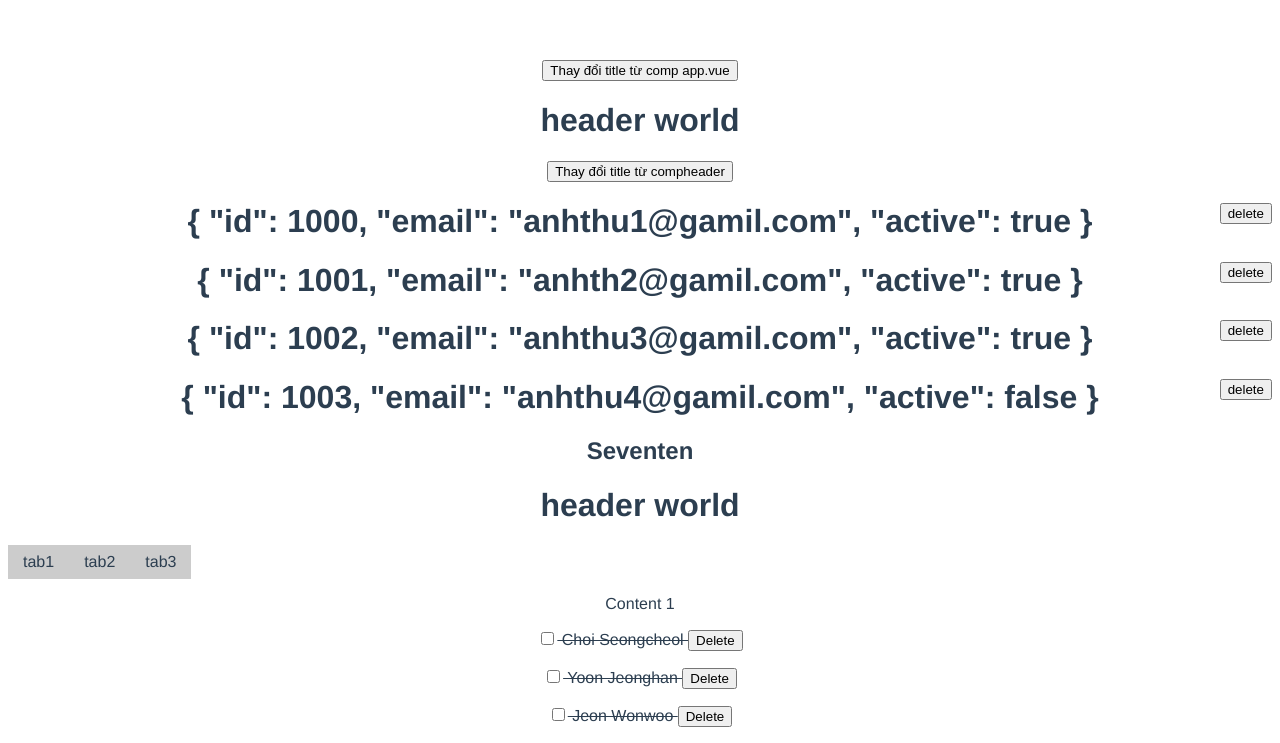
Repository: anhthu112/Todo-list
Page: /
These files come from the project's save history. The page is drawn as it stood at one moment and after the next save; the edit follows.
The browser window is 1280 px wide. The pictures show the whole page.
The project was rebuilt for these pictures with package versions that can differ from the ones it lists, and the page was loaded fresh each time. Also part of the build but not shown: vue.config.js.

Above is the page before, as saved 2024-01-29 23:54:57.

After the next save:
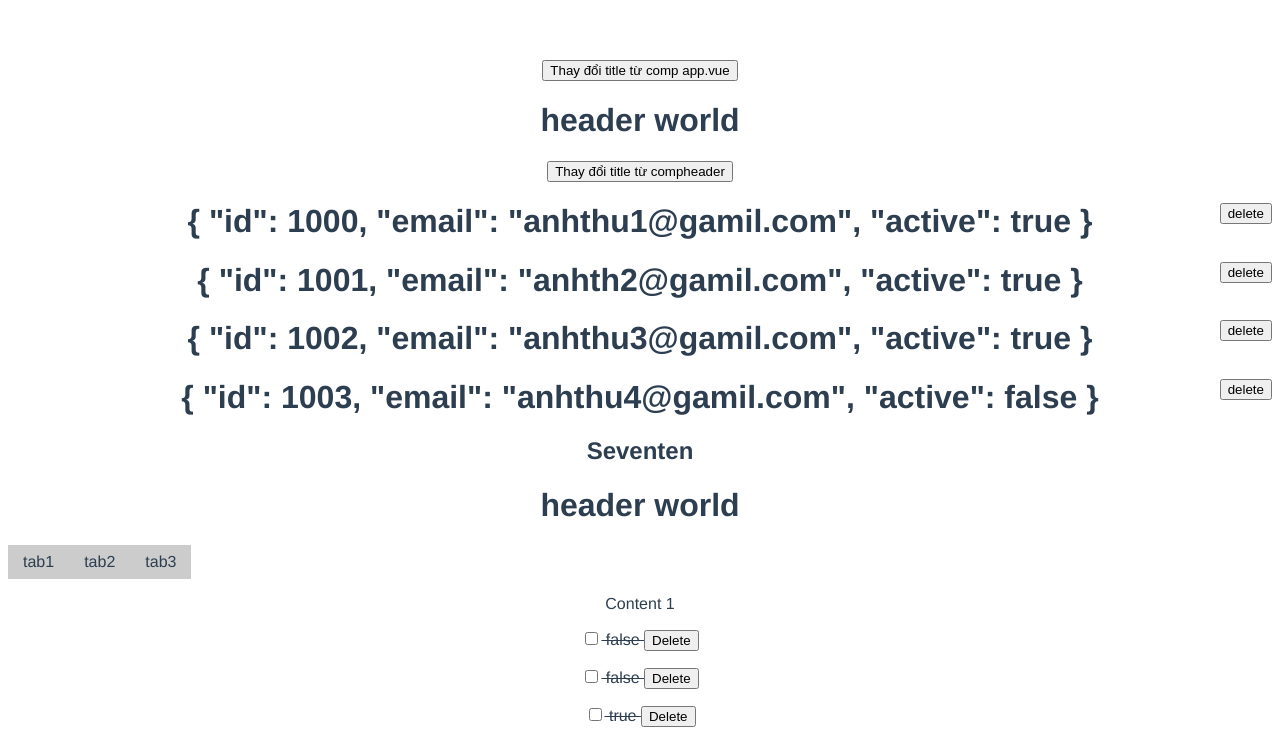
Saved 78 s later.
--- a/src/components/TodoItem.vue
+++ b/src/components/TodoItem.vue
@@ -1,7 +1,7 @@
 <template>
     <p :class="['todo-item', todoProps.completed ? 'is-complete' : '']">
       <input type="checkbox">
-      {{ todoProps.title }}
+      {{ todoProps.completed }}
       <button class="btn-delete">Delete</button>
     </p>
   </template>

After the save that followed:
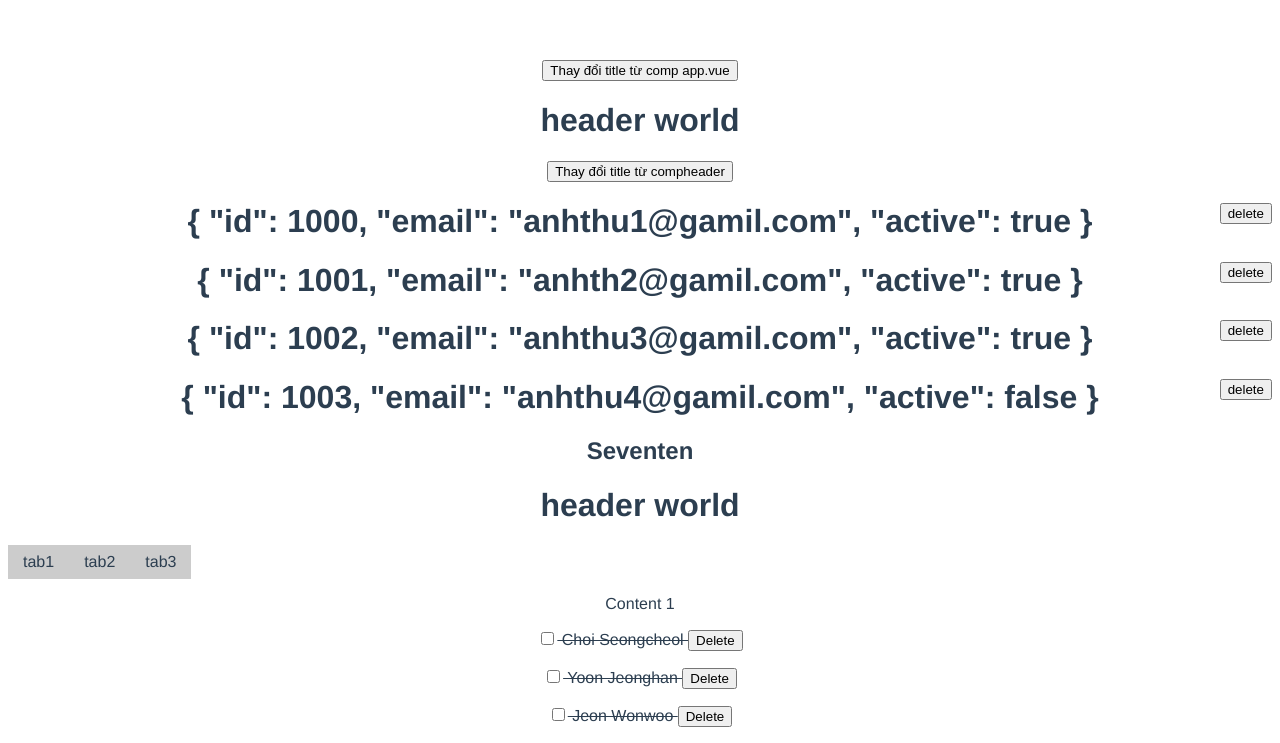
Saved 8 s later.
--- a/src/components/TodoItem.vue
+++ b/src/components/TodoItem.vue
@@ -1,7 +1,7 @@
 <template>
     <p :class="['todo-item', todoProps.completed ? 'is-complete' : '']">
       <input type="checkbox">
-      {{ todoProps.completed }}
+      {{ todoProps.title }}
       <button class="btn-delete">Delete</button>
     </p>
   </template>
